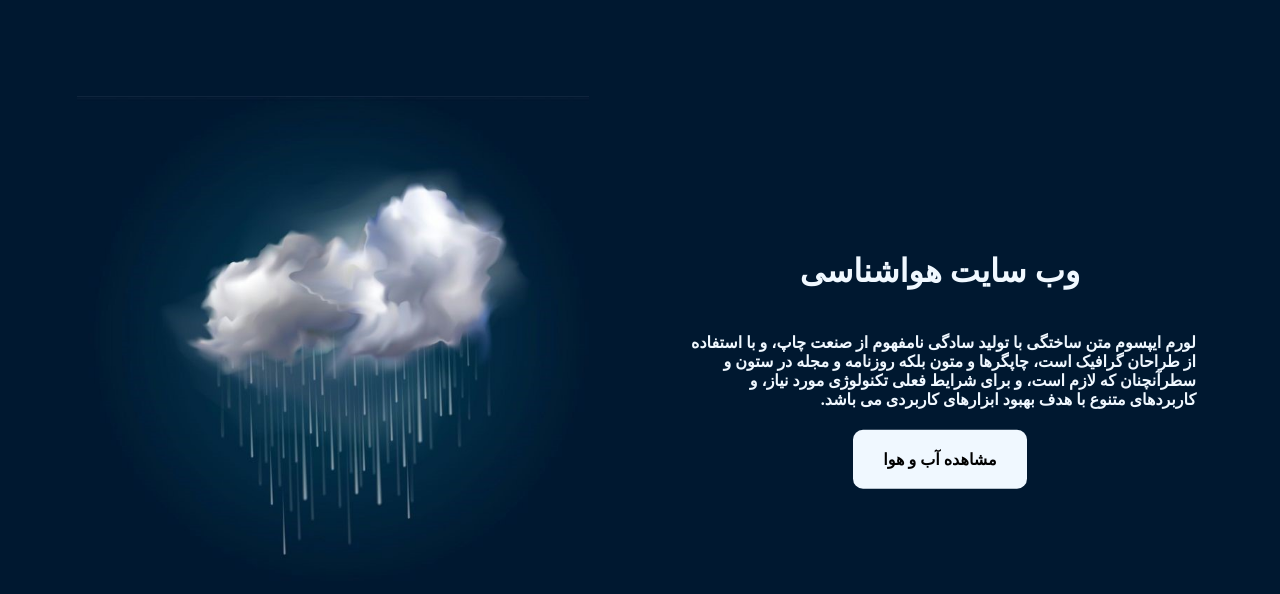
Repository: fateme81yosefi/weather
Page: landing/Landing.html
The author's editor kept a copy of each file at every save. The page is drawn from the files as they stood at one save, then again after the next save.
The browser window is 1280 px wide. The pictures show the whole page.
Some web fonts or font styles are not loaded; a fallback is used.

Above is the page before, as saved 2025-02-02 17:08:50.

After the next save:
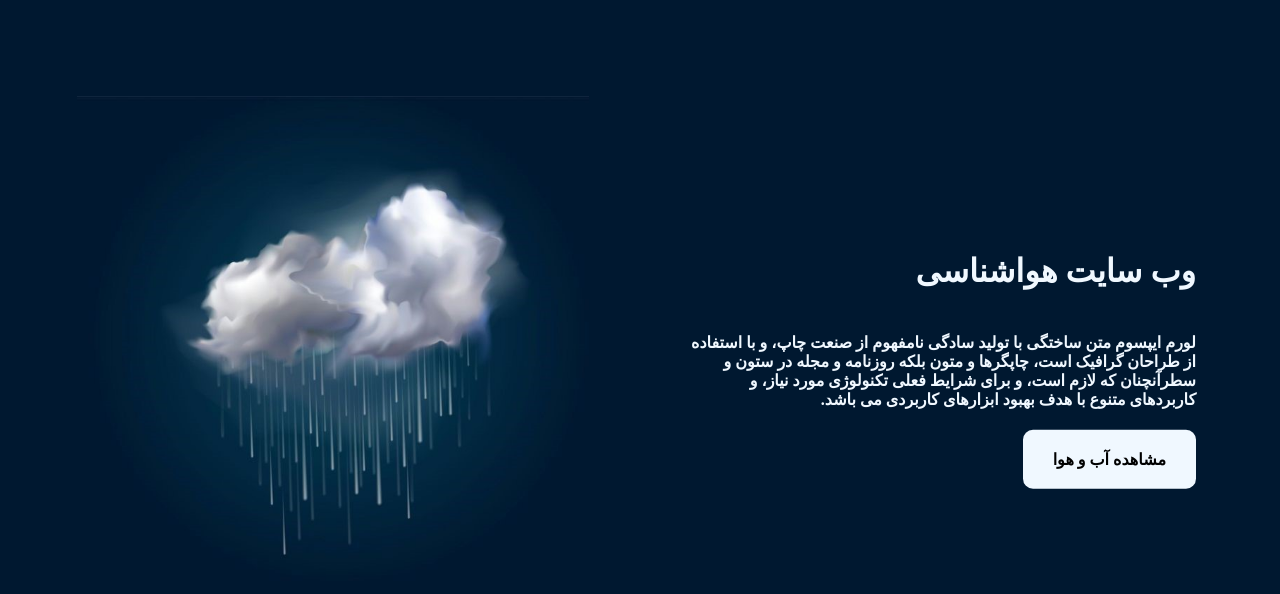
Saved 4 s later.
--- a/landing/style/landing.css
+++ b/landing/style/landing.css
@@ -65,7 +65,7 @@ body {
     left: 50%;
     transform: translate(-50%, -50%) translateX(300px);
     color: aliceblue;
-    align-items: ;
+    align-items: end;
   }
   .go-to-weather {
     background-color: aliceblue;
